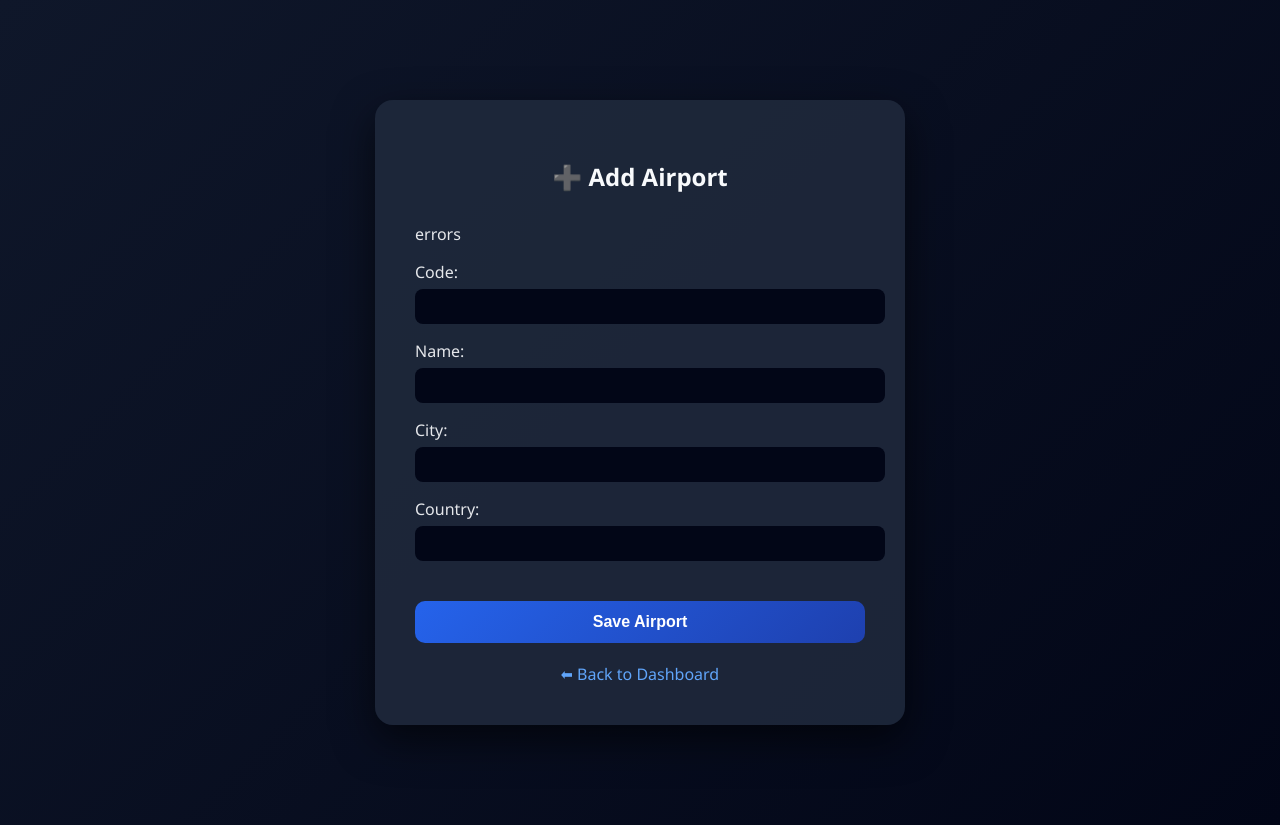
Repository: SNEHASURESH003/flight_system
Page: http://localhost/airports/add/
An editor plug-in stored every save of this project. The page is shown before and after a run of saves, followed by the edit.
The browser window is 1280 px wide. The pictures show the whole page.
The page is served by the project's application, run on Django 5.2 (manage.py).

Above is the page before, as saved 2026-01-19 23:18:54.

After the next 3 saves:
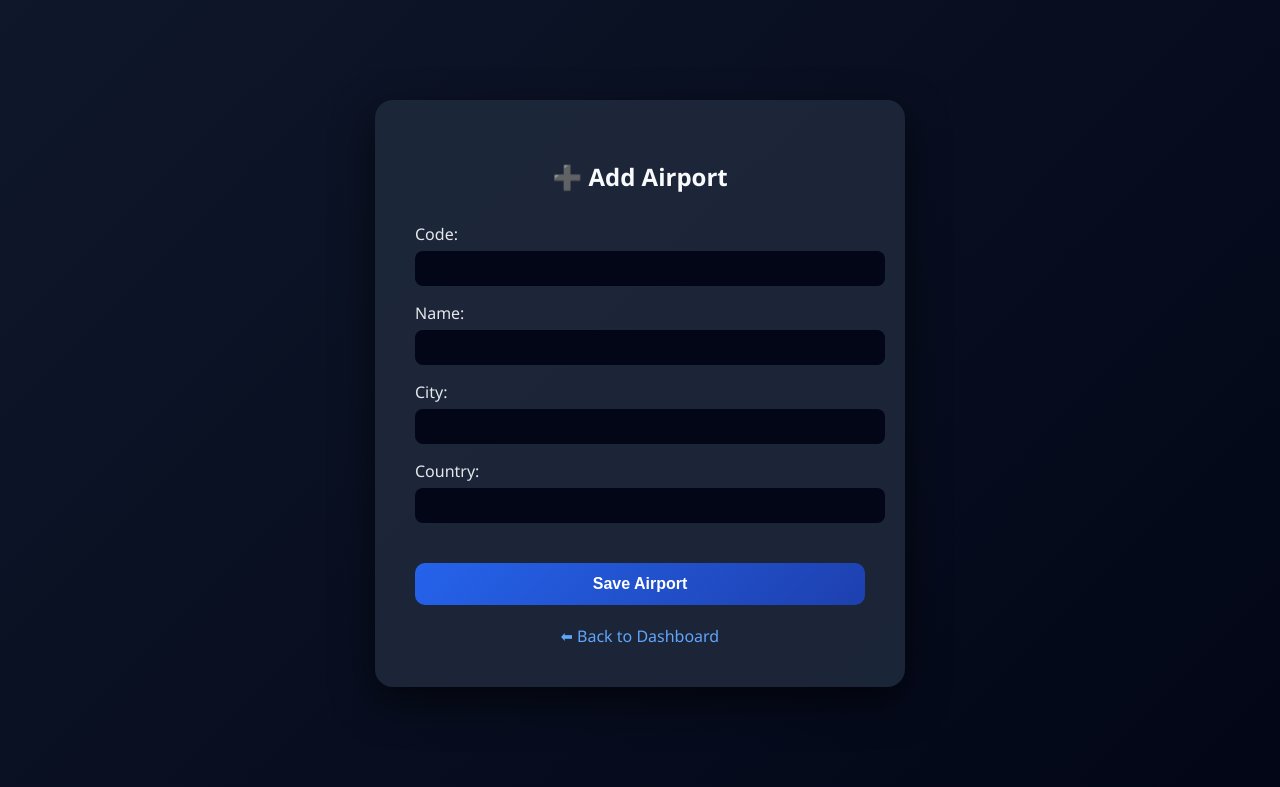
The 3 saves are shown as one change because they came seconds apart.
The last was saved 10 s later.
--- a/airport/airport_route/templates/add_airport.html
+++ b/airport/airport_route/templates/add_airport.html
@@ -82,7 +82,11 @@
 
 <div class="container">
     <h2>➕ Add Airport</h2>
-    errors
+     {% if errors %}
+        <div style="color: red;">
+            {{ errors }}
+        </div>
+    {% endif %}
 
     <form method="post">
         {% csrf_token %}
